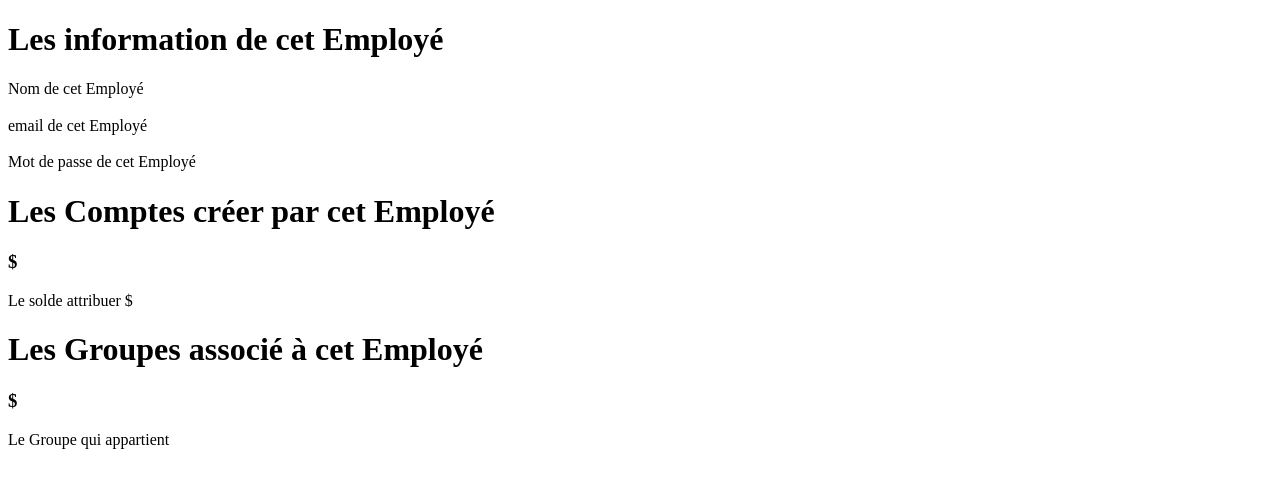
Repository: gal1aoui/BankManagement-AdminActions-JEE
Page: http://localhost/ProjectWeb/Employe.jsp
The author's editor kept a copy of each file at every save. The page is drawn from the files as they stood at one save, then again after the next save.
The browser window is 1280 px wide. The pictures show the whole page.
The page is served by Tomcat 9. Nobody is signed in. The application's start-up code is not run. Other server files are loaded and not shown. The template is opened directly, without the code that normally fills it, so the values that code supplies are empty.

Above is the page before, as saved 2021-12-29 01:40:04.

### ProjectWeb/WebContent/Employe.jsp
<%@ page language="java" contentType="text/html; charset=ISO-8859-1"
    pageEncoding="ISO-8859-1"%>
<!DOCTYPE html PUBLIC "-//W3C//DTD HTML 4.01 Transitional//EN" "http://www.w3.org/TR/html4/loose.dtd">
<html>
<head>
<meta http-equiv="Content-Type" content="text/html; charset=ISO-8859-1">
<title>Insert title here</title>
</head>
<body>
<h1 class="mt-3 ml-3 mb-3">	Les information de cet Employé </h1>

	<section class="container-fluid row ml-2">

	  <div class="col-xl-3 col-sm-6 col-12">
        <div class="card">
          <div class="card-content">
            <div class="card-body">
              <div class="media d-flex">
                <div class="media-body text-left">
                  <h3 class="success">${Employe.name }</h3>
                  <span>Nom de cet Employé</span>
                </div>
                <div class="align-self-center">
                  <i class="icon-user success font-large-2 float-right"></i>
                </div>
              </div>
            </div>
          </div>
        </div>
      </div>

      <div class="col-xl-3 col-sm-6 col-12">
        <div class="card">
          <div class="card-content">
            <div class="card-body">
              <div class="media d-flex">
                <div class="media-body text-left">
                  <h3 class="success">${Employe.email }</h3>
                  <span>email de cet Employé</span>
                </div>
                <div class="align-self-center">
                  <i class="icon-envelope-open success font-large-2 float-right"></i>
                </div>
              </div>
            </div>
          </div>
        </div>
      </div>

      <div class="col-xl-3 col-sm-6 col-12">
        <div class="card">
          <div class="card-content">
            <div class="card-body">
              <div class="media d-flex">
                <div class="media-body text-left">
                  <h3 class="success">${Employe.password }</h3>
                  <span>Mot de passe de cet Employé</span>
                </div>
                <div class="align-self-center">
                  <i class="icon-shield success font-large-2 float-right"></i>
                </div>
              </div>
            </div>
          </div>
        </div>
      </div>
	</section>
<h1 class="mt-3 ml-3 mb-3">	Les Comptes créer par cet Employé </h1>

	<section class="container-fluid row ml-2">
	  <t:forEach items="${Employe.comptes }" var="c">
	  <div class="col-xl-3 col-sm-6 col-12">
        <div class="card">
          <div class="card-content">
            <div class="card-body">
              <div class="media d-flex">
                <div class="media-body text-left">
                  <h3 class="success">${c.client.name} $</h3>
                  <span>Le solde attribuer ${c.client.solde} $</span>
                </div>
                <div class="align-self-center">
                  <i class="icon-credit-card success font-large-2 float-right"></i>
                </div>
              </div>
            </div>
          </div>
        </div>
      </div>
</t:forEach>
</section>

<h1 class="mt-3 ml-3 mb-3">	Les Groupes associé à cet Employé </h1>

	<section class="container-fluid row ml-2">
	  <t:forEach items="${Employe.groupmembres }" var="c">
	  <div class="col-xl-3 col-sm-6 col-12">
        <div class="card">
          <div class="card-content">
            <div class="card-body">
              <div class="media d-flex">
                <div class="media-body text-left">
                  <h3 class="success">${c.groupe.name} $</h3>
                  <span>Le Groupe qui appartient</span>
                </div>
                <div class="align-self-center">
                  <i class="icon-credit-card success font-large-2 float-right"></i>
                </div>
              </div>
            </div>
          </div>
        </div>
      </div>
</t:forEach>
</section>
</body>
</html>

After the next save:
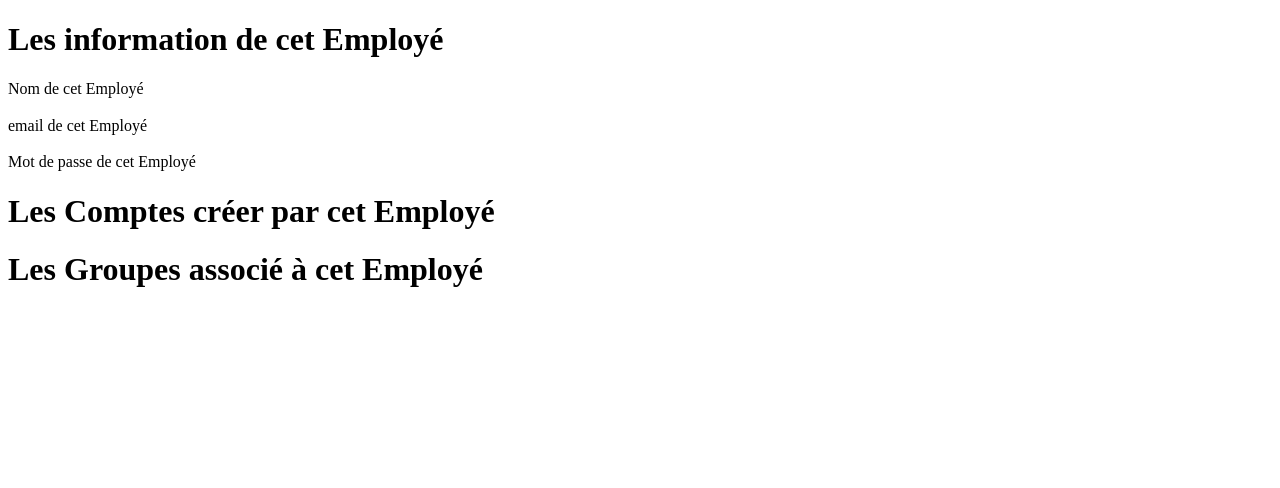
Saved 59 s later.
--- a/ProjectWeb/WebContent/Employe.jsp
+++ b/ProjectWeb/WebContent/Employe.jsp
@@ -1,5 +1,6 @@
 <%@ page language="java" contentType="text/html; charset=ISO-8859-1"
     pageEncoding="ISO-8859-1"%>
+    <%@taglib uri="http://java.sun.com/jsp/jstl/core"  prefix="t" %>
 <!DOCTYPE html PUBLIC "-//W3C//DTD HTML 4.01 Transitional//EN" "http://www.w3.org/TR/html4/loose.dtd">
 <html>
 <head>
